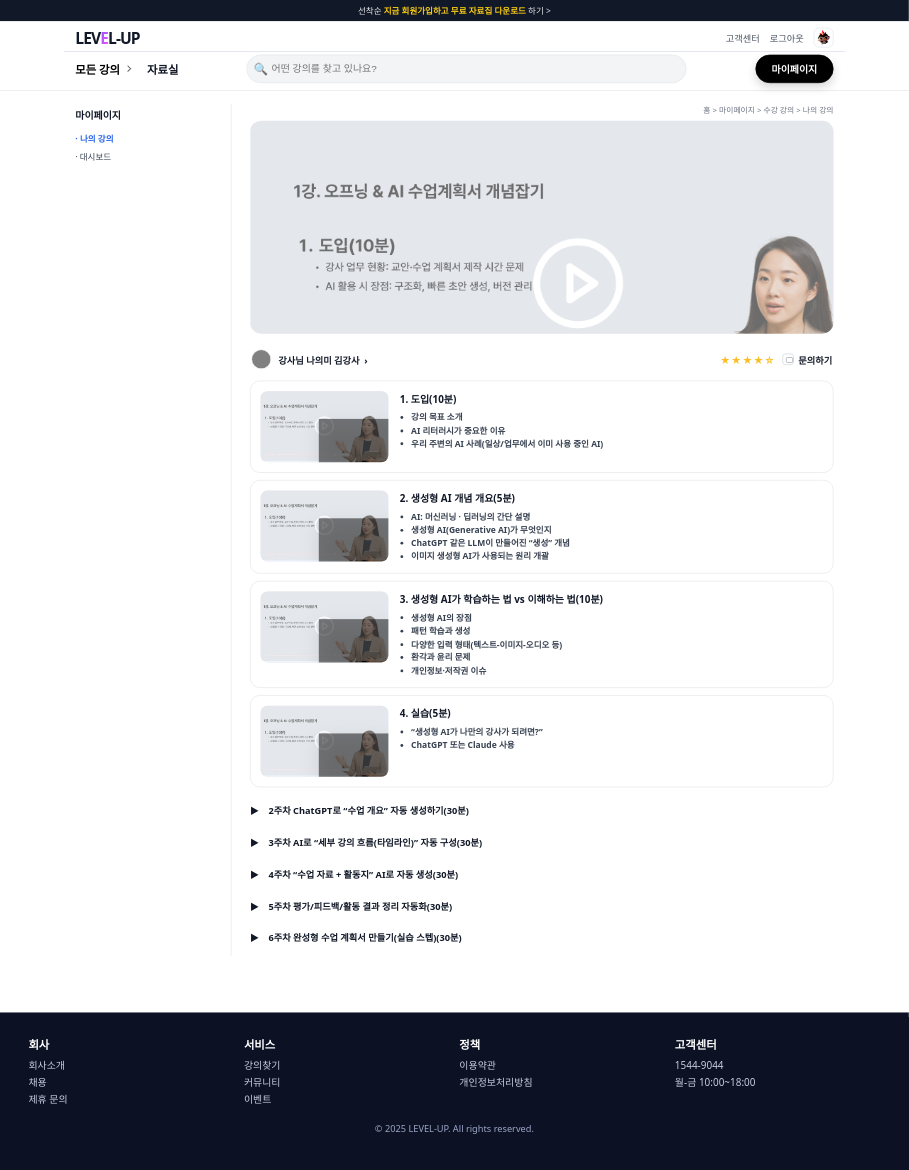
Repository: Iimchaehoon/level_up
Page: my_lecture.html
An editor plug-in stored every save of this project. The page is shown before and after the next save, followed by the edit.
The browser window is 1280 px wide. The pictures show the whole page, at 71% of full size.

Above is the page before, as saved 2025-12-14 01:26:29.

### my_lecture.html
<!doctype html>
<html lang="ko">
<head>
  <meta charset="UTF-8" />
  <meta name="viewport" content="width=device-width,initial-scale=1" />
  <title>나의 강의 | LEVEL-UP</title>

  <link rel="stylesheet" href="styles.css" />

  <style>
    :root{
      --gray-50:#f9fafb; --gray-100:#f3f4f6; --gray-200:#e5e7eb; --gray-300:#d1d5db;
      --gray-400:#9ca3af; --gray-500:#6b7280; --gray-600:#4b5563; --gray-700:#374151;
      --black:#111827; --primary:#2563eb;
    }
    *{ box-sizing:border-box; }
    body{ margin:0; font-family:"Noto Sans KR",system-ui,-apple-system,BlinkMacSystemFont,"Segoe UI",sans-serif; background:#fff; color:var(--black); }
    a{ color:inherit; text-decoration:none; }
    img{ max-width:100%; display:block; }
    button{ font-family:inherit; }

    /* ───────── 상단 공지 ───────── */
    .topbar{ background:#111827; color:#e5e7eb; font-size:12px; text-align:center; padding:6px 16px; }
    .topbar strong{ color:#facc15; font-weight:600; }

    /* ───────── 헤더(고정 + 드롭다운 동작 보장) ───────── */
    .header{ background:#fff; border-bottom:1px solid var(--gray-200); position:sticky; top:0; z-index:999; }
    .header{ position:sticky; top:0; }
    .header{ /* 드롭다운 absolute 기준 */ position:sticky; }
    .header-top{
      display:flex; align-items:center; justify-content:space-between;
      max-width:1100px; margin:0 auto; padding:8px 16px 4px;
    }
    .brand{ font-size:22px; font-weight:800; letter-spacing:-0.06em; cursor:pointer; }
    .brand__e{
      display:inline-block;
      background:linear-gradient(120deg,#7b5cff,#ff4bff);
      -webkit-background-clip:text; color:transparent;
    }
    .header-top__right{ display:flex; align-items:center; gap:14px; font-size:13px; }
    .nav-util{ color:var(--gray-600); cursor:pointer; }
    .profile-avatar{
      width:28px; height:28px; border-radius:8px; object-fit:cover; border:1px solid var(--gray-200);
    }

    .header-bottom{
      display:grid;
      grid-template-columns:auto minmax(260px,1fr) auto;
      align-items:center; gap:16px;
      max-width:1100px; margin:0 auto;
      padding:4px 16px 10px;
      border-top:1px solid rgba(148,163,184,.35);
      position:relative;
    }
    .header-bottom__left{ display:flex; align-items:center; gap:16px; }
    .menu-title{
      background:none; border:none; padding:6px 0; font:inherit;
      font-weight:600; display:inline-flex; align-items:center; gap:4px;
      cursor:pointer;
    }
    .menu-title:hover{ color:var(--primary); }

    .header-bottom__center{ display:flex; justify-content:center; }
    .header-bottom__right{ display:flex; justify-content:flex-end; }

    .nav__search{ position:relative; max-width:620px; width:100%; }
    .nav__search input{
      width:100%;
      padding:11px 14px 11px 34px;
      border-radius:999px;
      border:1px solid var(--gray-200);
      background:var(--gray-100);
      font-size:14px;
      outline:none;
    }
    .icon-search{
      position:absolute; left:10px; top:50%; transform:translateY(-50%);
      font-size:16px; color:var(--gray-600);
      cursor:default;
    }

    .menu-toggle-icon{
      width:18px; height:18px;
      background-image:url("./assets/Button_1.png");
      background-size:contain; background-repeat:no-repeat; background-position:center;
      transform:rotate(0deg);
      transform-origin:center;
      transition:transform .15s ease;
    }
    .menu-toggle-icon.open{ transform:rotate(90deg); }

    .btn{
      border-radius:12px;
      border:1px solid transparent;
      padding:10px 16px;
      font-weight:600;
      cursor:pointer;
      background:#fff;
      color:var(--black);
      transition:all .2s ease;
    }
    .btn.mypage-btn{
      border-radius:999px;
      background:#000;
      color:#fff;
      padding:9px 22px;
      font-size:14px;
      border:1px solid #000;
      box-shadow: 0 6px 14px rgba(0,0,0,0.16);
      transition: background-color .18s ease, box-shadow .18s ease, transform .18s ease;
    }
    .btn.mypage-btn:hover{
      background: rgba(0,0,0,0.86);
      box-shadow: 0 8px 18px rgba(0,0,0,0.18);
      transform: translateY(-1px);
    }
    .btn.mypage-btn:active{
      background: rgba(0,0,0,0.78);
      box-shadow: 0 4px 10px rgba(0,0,0,0.14);
      transform: translateY(1px);
    }

    /* 드롭다운 */
    .nav-dropdown{
      display:none;
      position:absolute;
      background:#fff;
      border-radius:18px;
      box-shadow:0 20px 40px rgba(15,23,42,.18);
      padding:10px 0;
      min-width:260px;
      z-index:2000;
    }
    .nav-dropdown__list{ list-style:none; margin:0; padding:0; }
    .nav-dropdown__item{
      display:flex; align-items:center; gap:10px;
      padding:8px 16px; font-size:14px; white-space:nowrap;
      cursor:pointer;
    }
    .nav-dropdown__item + .nav-dropdown__item{ border-top:1px solid var(--gray-200); }
    .nav-dropdown__item:hover{ background:var(--gray-50); }
    .nav-dropdown__icon{ width:22px; height:22px; object-fit:contain; }

    /* ───────── 페이지 레이아웃(피그마 느낌) ───────── */
    .page{
      max-width:1100px;
      margin:0 auto;
      padding:18px 16px 80px;
      display:grid;
      grid-template-columns:220px 1fr;
      gap:26px;
    }

    /* 좌측 메뉴 */
    .side{ border-right:1px solid var(--gray-200); padding-right:18px; }
    .side__title{ font-size:14px; font-weight:900; margin:6px 0 14px; }
    .side__group{ margin-bottom:18px; }
    .side__group h4{ margin:0 0 8px; font-size:12px; font-weight:900; color:var(--black); }
    .side__links{ display:flex; flex-direction:column; gap:8px; font-size:12px; }
    .side__links a{ color:var(--gray-700); cursor:pointer; }
    .side__links a.active{ color:var(--primary); font-weight:900; }

    /* 메인 상단 breadcrumb */
    .main__crumb{ font-size:11px; color:var(--gray-500); text-align:right; margin:0 0 8px; }

    /* 상단 히어로 카드 */
    .hero-card{
      height: 300px;
      background:url(./my_lec/Group_427322280.png);
      border-radius:16px;
      padding:22px 22px;
      display:flex;
      justify-content:space-between;
      align-items:center;
      gap:16px;
    }
    .hero-title{ margin:0; font-size:22px; font-weight:900; }
    .hero-sub{ margin:10px 0 0; font-size:14px; color:var(--gray-700); font-weight:600; }
    .hero-figure{
      width:260px; height:170px;
      border-radius:12px;
      overflow:hidden;
      display:flex;
      align-items:center;
      justify-content:center;
    }
    .hero-figure img{ width:100%; height:100%; object-fit:contain; }

    /* 강사/별점/문의하기 라인 */
    .teacher-row{
      margin:16px 0 10px;
      display:flex;
      align-items:center;
      justify-content:space-between;
      padding:6px 2px;
    }
    .teacher-left{
      display:flex; align-items:center; gap:10px;
      font-size:13px; font-weight:800;
    }
    .teacher-avatar{
      width:28px; height:28px; border-radius:999px;
      object-fit:cover; border:1px solid var(--gray-200);
      background:#fff;
    }
    .teacher-right{
      display:flex; align-items:center; gap:10px;
      font-size:13px; font-weight:800;
    }
    .stars{
      color:#fbbf24;
      letter-spacing:1px;
      font-size:14px;
    }
    .ask{
      display:inline-flex; align-items:center; gap:6px;
      color:var(--black);
      cursor:pointer;
    }
    .ask .icon{
      width:16px; height:16px;
      border:1px solid var(--gray-300);
      border-radius:4px;
      display:inline-block;
      position:relative;
      background:#fff;
    }
    .ask .icon:after{
      content:"";
      position:absolute;
      left:4px; top:4px;
      width:8px; height:6px;
      border:1px solid var(--gray-400);
      border-radius:2px;
    }

    /* 오프닝/커리큘럼 카드 */
    .unit-card{
      background:#fff;
      border:1px solid var(--gray-200);
      border-radius:14px;
      padding:14px;
      margin-top:10px;
    }

    /* 썸네일: "배경(Group) + 필름(Rectangle)" 합성 */
    .thumb-composite{
      width:180px;
      height:100px;
      border-radius:10px;
      overflow:hidden;
      background:#e5e7eb;
      position:relative;
      flex:0 0 auto;
    }
    .thumb-composite .bg{
      position:absolute; inset:0;
      width:100%; height:100%;
      object-fit:cover;
    }
    .thumb-composite .film{
      position:absolute;
      right:-6px;
      bottom:-6px;
      width:58%;
      height:auto;
      object-fit:contain;
      pointer-events:none;
      filter: drop-shadow(0 8px 14px rgba(0,0,0,.18));
    }
    .thumb-composite .playerbar{
      position:absolute;
      left:8px;
      bottom:8px;
      width:65%;
      height:auto;
      object-fit:contain;
      pointer-events:none;
      opacity:.95;
    }

    .unit-row{
      display:flex;
      gap:16px;
      align-items:flex-start;
    }
    .unit-body{
      flex:1;
    }
    .unit-title{
      margin:0 0 8px;
      font-size:14px;
      font-weight:900;
    }
    .unit-list{
      margin:0;
      padding-left:16px;
      font-size:12px;
      color:var(--gray-700);
      line-height:1.55;
      font-weight:600;
    }

    /* 아코디언 (2~6주차) */
    .accordion{
      margin-top:12px;
      border-radius:14px;
    }
    .acc-item{ margin:6px 0; }
    .acc-btn{
      width:100%;
      background:transparent;
      border:none;
      padding:10px 0;
      display:flex;
      align-items:center;
      gap:10px;
      font-size:13px;
      font-weight:900;
      cursor:pointer;
      color:var(--black);
      text-align:left;
    }
    .acc-arrow{
      width:16px;
      display:inline-block;
      transform:rotate(0deg);
      transition:transform .18s ease;
      color:var(--black);
    }
    .acc-item.open .acc-arrow{ transform:rotate(90deg); }

    .acc-panel{
      max-height:0;
      overflow:hidden;
      transition:max-height .22s ease;
      padding-left:26px;
    }
    .acc-inner{
      padding:8px 0 12px;
      color:var(--gray-700);
      font-size:12px;
      line-height:1.6;
      font-weight:600;
    }

    /* 푸터(너가 준 그대로) */
    .footer {
      background: #0c1224;
      color: #c7cee1;
      padding: 32px 24px 50px;
    }
    .footer__links {
      max-width: 1200px;
      margin: 0 auto 18px;
      display: grid;
      grid-template-columns: repeat(auto-fit, minmax(180px, 1fr));
      gap: 14px;
    }
    .footer h4 {
      margin: 0 0 8px;
      color: #ffffff;
    }
    .footer a {
      display: block;
      margin: 4px 0;
      font-size: 14px;
      cursor:pointer;
    }
    .footer__copy {
      margin: 0;
      text-align: center;
      font-size: 13px;
      color: #9ca6c7;
    }

    @media (max-width:980px){
      .page{ grid-template-columns:1fr; }
      .side{ border-right:none; padding-right:0; }
      .hero-figure{ width:200px; height:140px; }
      .thumb-composite{ width:150px; height:90px; }
    }
  </style>
</head>

<body>
  <div class="topbar">
    선착순 <strong>지금 회원가입하고 무료 자료집 다운로드</strong> 하기 &gt;
  </div>

  <!-- ✅ 헤더 -->
  <header class="header" id="headerRoot">
    <div class="header-top">
      <div class="header-top__left">
        <a href="index.html" class="brand">LEV<span class="brand__e">E</span>L-UP</a>
      </div>
      <div class="header-top__right header-top__right--authed">
        <span class="nav-util">고객센터</span>
        <span class="nav-util">로그아웃</span>
        <img class="profile-avatar" src="./assets/ddd_thumbnail.png" alt="프로필" />
      </div>
    </div>

    <div class="header-bottom">
      <div class="header-bottom__left">
        <button class="menu-title has-dropdown" id="allLecturesBtn" type="button">
          <span>모든 강의</span>
          <span class="menu-toggle-icon" id="menuToggleIcon" aria-hidden="true"></span>
        </button>
        <a class="menu-title" href="course.html">자료실</a>
      </div>

      <div class="header-bottom__center">
        <div class="nav__search">
          <span class="icon-search">🔍</span>
          <input type="text" placeholder="어떤 강의를 찾고 있나요?" />
        </div>
      </div>

      <div class="header-bottom__right">
        <button class="btn mypage-btn" type="button" data-nav="mypage">마이페이지</button>
      </div>
    </div>

    <!-- 드롭다운 -->
    <div class="nav-dropdown" id="navDropdown">
      <ul class="nav-dropdown__list">
        <li class="nav-dropdown__item js-go-ai-basic">
          <img src="./assets/9342101 1.png" alt="" class="nav-dropdown__icon" />
          <span>AI 기초 이해 · 리터러시</span>
        </li>
        <li class="nav-dropdown__item"><img src="./assets/9a04e59f-39b9-42de-9d05-d933becf10b4 1.png" alt="" class="nav-dropdown__icon" /><span>업무 효율 향상</span></li>
        <li class="nav-dropdown__item"><img src="./assets/son-eul-jabgo-huinsaeg-baegyeong-3d-geulim-e-keullibbodeue-chekeuliseuteu-sincheongseo-munseo-jagseong (1) 1.png" alt="" class="nav-dropdown__icon" /><span>교육 자료 제작</span></li>
        <li class="nav-dropdown__item"><img src="./assets/9731562 1.png" alt="" class="nav-dropdown__icon" /><span>원생 관리</span></li>
        <li class="nav-dropdown__item"><img src="./assets/10316159 1.png" alt="" class="nav-dropdown__icon" /><span>상담 업무</span></li>
        <li class="nav-dropdown__item"><img src="./assets/63624731-5ef5-4ba4-8c7f-82a551538336 1.png" alt="" class="nav-dropdown__icon" /><span>강의 기획 · 교육 설계</span></li>
        <li class="nav-dropdown__item"><img src="./assets/9d016f34-375d-4ba7-8c87-c7b0c5c7740b 1.png" alt="" class="nav-dropdown__icon" /><span>강의 홍보 · 피드백</span></li>
        <li class="nav-dropdown__item"><img src="./assets/04f8dee7-4018-491e-96a9-dbf9a50d942b 1.png" alt="" class="nav-dropdown__icon" /><span>자료 · 로고 디자인</span></li>
        <li class="nav-dropdown__item"><img src="./assets/11591525 1.png" alt="" class="nav-dropdown__icon" /><span>창업 · 수익화</span></li>
      </ul>
    </div>
  </header>

  <main class="page">
    <!-- 좌측 -->
    <aside class="side">
      <div class="side__title">마이페이지</div>
      <div class="side__group">
        <div class="side__links">
          <a class="active" href="my_lecture.html">· 나의 강의</a>
          <a href="#">· 대시보드</a>
        </div>
      </div>
    </aside>

    <!-- 우측 -->
    <section class="main">
      <div class="main__crumb">홈 &gt; 마이페이지 &gt; 수강 강의 &gt; 나의 강의</div>

      <!-- 상단 카드 -->
      <div class="hero-card">

      </div>

      <!-- 강사 라인 -->
      <div class="teacher-row">
        <div class="teacher-left">
          <img class="teacher-avatar" src="./my_lec/Rectangle_3468940.png" alt="강사 프로필">
          <span>강사님 나의미 김강사 &nbsp;›</span>
        </div>
        <div class="teacher-right">
          <span class="stars">★★★★☆</span>
          <span class="ask"><span class="icon" aria-hidden="true"></span>문의하기</span>
        </div>
      </div>

      <!-- 1~4 카드(피그마 스타일: 썸네일 합성 + 리스트) -->
      <div class="unit-card">
        <div class="unit-row">
          <div class="thumb-composite">
            <img class="bg" src="./my_lec/Group_427322280.png" alt="오프닝 썸네일"
                 onerror="this.onerror=null; this.src='./my_lec/Group_42732280.png';" />
            <img class="playerbar" src="./my_lec/Group_427322371.png" alt="플레이어바"
                 onerror="this.onerror=null; this.style.display='none';" />
            <img class="film" src="./my_lec/Rectangle_3468940.png" alt="필름 오버레이"
                 onerror="this.onerror=null; this.style.display='none';" />
          </div>
          <div class="unit-body">
            <p class="unit-title">1. 도입(10분)</p>
            <ul class="unit-list">
              <li>강의 목표 소개</li>
              <li>AI 리터러시가 중요한 이유</li>
              <li>우리 주변의 AI 사례(일상/업무에서 이미 사용 중인 AI)</li>
            </ul>
          </div>
        </div>
      </div>

      <div class="unit-card">
        <div class="unit-row">
          <div class="thumb-composite">
            <img class="bg" src="./my_lec/Group_427322280.png" alt="">
            <img class="playerbar" src="./my_lec/Group_427322371.png" alt="">
            <img class="film" src="./my_lec/Rectangle_3468940.png" alt="">
          </div>
          <div class="unit-body">
            <p class="unit-title">2. 생성형 AI 개념 개요(5분)</p>
            <ul class="unit-list">
              <li>AI: 머신러닝 · 딥러닝의 간단 설명</li>
              <li>생성형 AI(Generative AI)가 무엇인지</li>
              <li>ChatGPT 같은 LLM이 만들어진 “생성” 개념</li>
              <li>이미지 생성형 AI가 사용되는 원리 개괄</li>
            </ul>
          </div>
        </div>
      </div>

      <div class="unit-card">
        <div class="unit-row">
          <div class="thumb-composite">
            <img class="bg" src="./my_lec/Group_427322280.png" alt="">
            <img class="playerbar" src="./my_lec/Group_427322371.png" alt="">
            <img class="film" src="./my_lec/Rectangle_3468940.png" alt="">
          </div>
          <div class="unit-body">
            <p class="unit-title">3. 생성형 AI가 학습하는 법 vs 이해하는 법(10분)</p>
            <ul class="unit-list">
              <li>생성형 AI의 장점</li>
              <li>패턴 학습과 생성</li>
              <li>다양한 입력 형태(텍스트-이미지-오디오 등)</li>
              <li>환각과 윤리 문제</li>
              <li>개인정보·저작권 이슈</li>
            </ul>
          </div>
        </div>
      </div>

      <div class="unit-card">
        <div class="unit-row">
          <div class="thumb-composite">
            <img class="bg" src="./my_lec/Group_427322280.png" alt="">
            <img class="playerbar" src="./my_lec/Group_427322371.png" alt="">
            <img class="film" src="./my_lec/Rectangle_3468940.png" alt="">
          </div>
          <div class="unit-body">
            <p class="unit-title">4. 실습(5분)</p>
            <ul class="unit-list">
              <li>“생성형 AI가 나만의 강사가 되려면?”</li>
              <li>ChatGPT 또는 Claude 사용</li>
            </ul>
          </div>
        </div>
      </div>

      <!-- 2~6주차 아코디언 -->
      <div class="accordion" id="accordion">
        <div class="acc-item">
          <button class="acc-btn" type="button">
            <span class="acc-arrow">▶</span>
            2주차 ChatGPT로 “수업 개요” 자동 생성하기(30분)
          </button>
          <div class="acc-panel">
            <div class="acc-inner">
              - 수업 목표/대상/시간 입력<br/>
              - 개요/차시 구성 자동 생성<br/>
              - 출력물 검토 및 수정 팁
            </div>
          </div>
        </div>

        <div class="acc-item">
          <button class="acc-btn" type="button">
            <span class="acc-arrow">▶</span>
            3주차 AI로 “세부 강의 흐름(타임라인)” 자동 구성(30분)
          </button>
          <div class="acc-panel">
            <div class="acc-inner">
              - 도입/전개/정리 타임라인<br/>
              - 활동/퀴즈/피드백 삽입<br/>
              - 난이도 조절 방식
            </div>
          </div>
        </div>

        <div class="acc-item">
          <button class="acc-btn" type="button">
            <span class="acc-arrow">▶</span>
            4주차 “수업 자료 + 활동지” AI로 자동 생성(30분)
          </button>
          <div class="acc-panel">
            <div class="acc-inner">
              - 학습지 문항 생성<br/>
              - 예시/정답/채점 기준 만들기<br/>
              - PDF/문서로 정리 팁
            </div>
          </div>
        </div>

        <div class="acc-item">
          <button class="acc-btn" type="button">
            <span class="acc-arrow">▶</span>
            5주차 평가/피드백/활동 결과 정리 자동화(30분)
          </button>
          <div class="acc-panel">
            <div class="acc-inner">
              - 루브릭/평가 기준 작성<br/>
              - 피드백 문구 자동 생성<br/>
              - 결과 요약 템플릿
            </div>
          </div>
        </div>

        <div class="acc-item">
          <button class="acc-btn" type="button">
            <span class="acc-arrow">▶</span>
            6주차 완성형 수업 계획서 만들기(실습 스텝)(30분)
          </button>
          <div class="acc-panel">
            <div class="acc-inner">
              - 전체 수업계획서 합치기<br/>
              - 최종 검수 체크리스트<br/>
              - 제출용 포맷 정리
            </div>
          </div>
        </div>
      </div>

    </section>
  </main>

  <!-- ✅ 푸터(너가 준 그대로) -->
  <footer class="footer">
    <div class="footer__links">
      <div>
        <h4>회사</h4>
        <a href="#">회사소개</a>
        <a href="#">채용</a>
        <a href="#">제휴 문의</a>
      </div>
      <div>
        <h4>서비스</h4>
        <a href="#">강의찾기</a>
        <a href="#">커뮤니티</a>
        <a href="#">이벤트</a>
      </div>
      <div>
        <h4>정책</h4>
        <a href="#">이용약관</a>
        <a href="#">개인정보처리방침</a>
      </div>
      <div>
        <h4>고객센터</h4>
        <a href="tel:1544-9044">1544-9044</a>
        <a href="#">월-금 10:00~18:00</a>
      </div>
    </div>
    <p class="footer__copy">© 2025 LEVEL-UP. All rights reserved.</p>
  </footer>

  <script>
    /* ✅ 마이페이지 버튼 공통 이동 */
    document.addEventListener("click", (e) => {
      const btn = e.target.closest('[data-nav="mypage"]');
      if (!btn) return;
      window.location.href = "mypage.html";
    });

    /* ✅ 드롭다운 토글 (이 페이지 단독으로도 무조건 동작) */
    const headerRoot = document.getElementById("headerRoot");
    const allLecturesBtn = document.getElementById("allLecturesBtn");
    const navDropdown = document.getElementById("navDropdown");
    const menuToggleIcon = document.getElementById("menuToggleIcon");
    let open = false;

    function closeDropdown(){
      open = false;
      navDropdown.style.display = "none";
      menuToggleIcon.classList.remove("open");
    }

    allLecturesBtn?.addEventListener("click", (e) => {
      e.stopPropagation();
      open = !open;

      if(!open){ closeDropdown(); return; }

      navDropdown.style.display = "block";
      menuToggleIcon.classList.add("open");

      // 버튼 아래에 정확히 위치
      const btnRect = allLecturesBtn.getBoundingClientRect();
      navDropdown.style.top = (btnRect.bottom + window.scrollY + 8) + "px";
      navDropdown.style.left = (btnRect.left + window.scrollX) + "px";
    });

    document.addEventListener("click", (e) => {
      if (!open) return;
      if (!navDropdown.contains(e.target) && !allLecturesBtn.contains(e.target)) closeDropdown();
    });

    /* ✅ 드롭다운 메뉴 이동 */
    document.querySelectorAll(".js-go-ai-basic").forEach((el) => {
      el.addEventListener("click", () => {
        window.location.href = "lecture_ai_basic.html";
      });
    });

    /* ✅ 아코디언 */
    document.querySelectorAll(".acc-item").forEach((item) => {
      const btn = item.querySelector(".acc-btn");
      const panel = item.querySelector(".acc-panel");

      btn.addEventListener("click", () => {
        const isOpen = item.classList.contains("open");

        // 한 번에 하나만 열고 싶으면 아래 주석 해제
        // document.querySelectorAll(".acc-item.open").forEach((o) => {
        //   if(o !== item){
        //     o.classList.remove("open");
        //     o.querySelector(".acc-panel").style.maxHeight = 0;
        //   }
        // });

        if(isOpen){
          item.classList.remove("open");
          panel.style.maxHeight = 0;
        }else{
          item.classList.add("open");
          panel.style.maxHeight = panel.scrollHeight + "px";
        }
      });
    });
  </script>
</body>
</html>

Loaded but not shown: styles.css (3154 lines, source omitted)

After the next save:
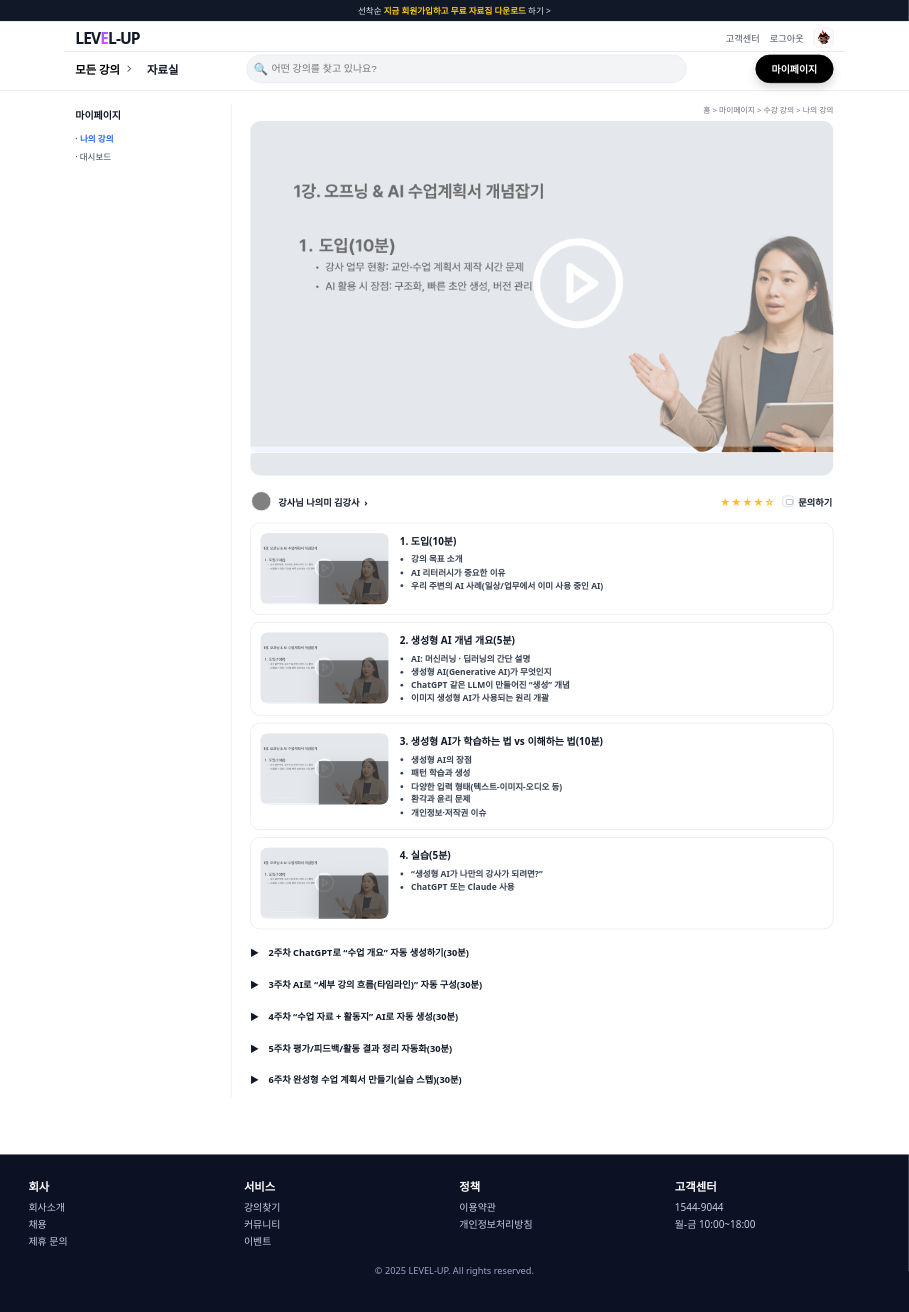
Saved 6 s later.
--- a/my_lecture.html
+++ b/my_lecture.html
@@ -165,7 +165,7 @@
 
     /* 상단 히어로 카드 */
     .hero-card{
-      height: 300px;
+      height: 500px;
       background:url(./my_lec/Group_427322280.png);
       border-radius:16px;
       padding:22px 22px;
